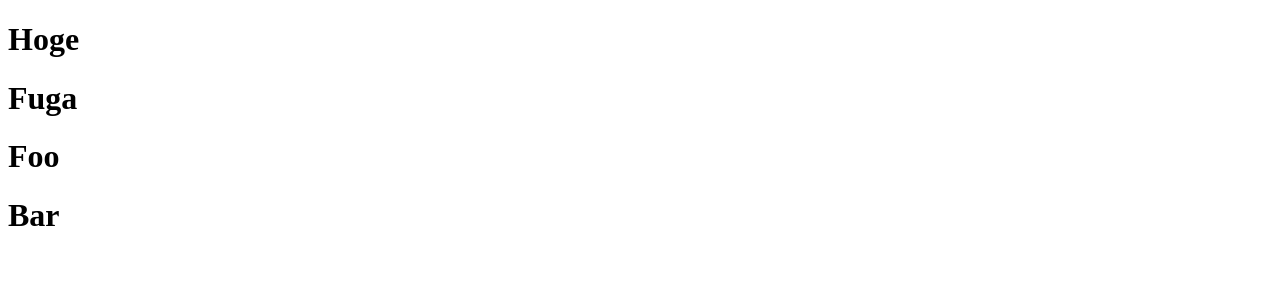
Repository: weld0814/samurai_HTML-css
Page: lesson14_flex-.html
The author's editor kept a record of every edit. The page is drawn from the files as they stood at one moment, then again after the next edit.
The browser window is 1280 px wide. The pictures show the whole page.

Above is the page before.

After the next edit:
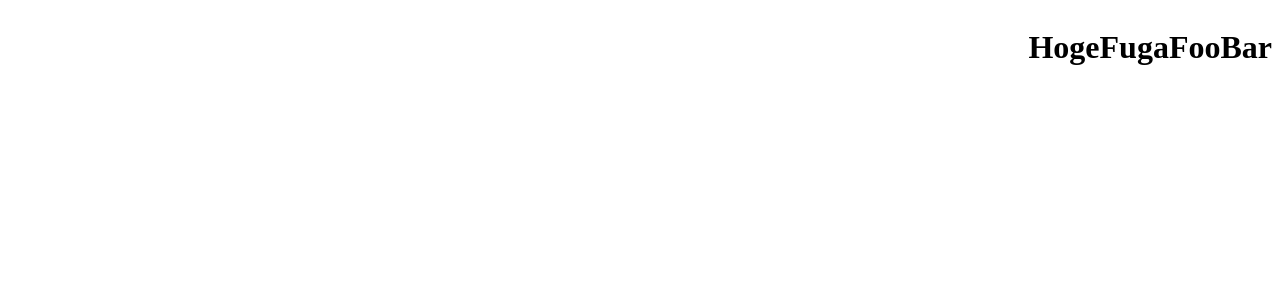
The edit:
--- a/lesson14_flex-.html
+++ b/lesson14_flex-.html
@@ -10,7 +10,7 @@
     </style>
 </head>
 <body>
-    <div id="no-wrap">
+    <div id="flex-end">
         <h1>Hoge</h1>
         <h1>Fuga</h1>
         <h1>Foo</h1>
